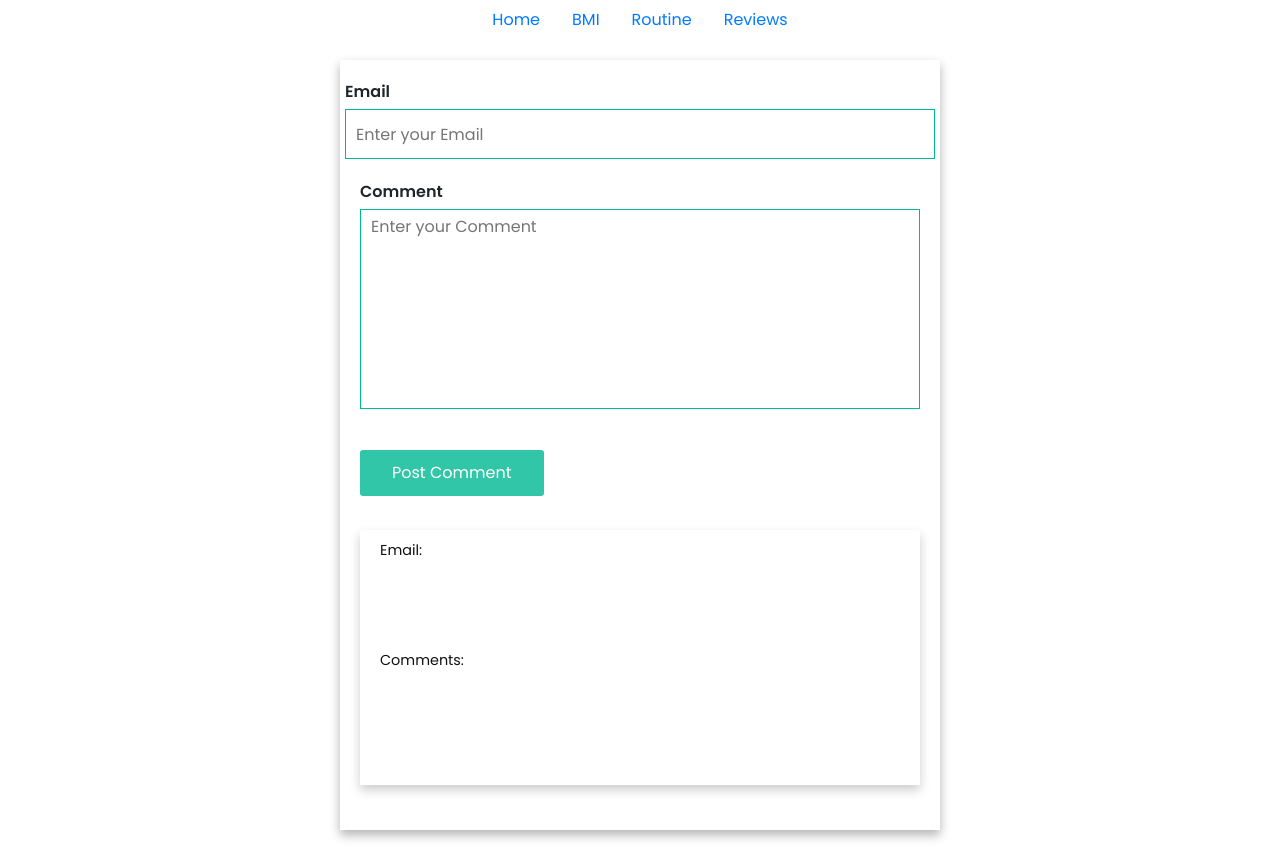
Repository: LaukeyMwaura/Fittylife-php
Page: html/review.html
These files come from the project's save history. The page is drawn as it stood at one moment and after a run of saves; the edit follows.
The browser window is 1280 px wide. The pictures show the whole page.

Above is the page before, as saved 2022-03-10 09:37:16.

After the next 2 saves:
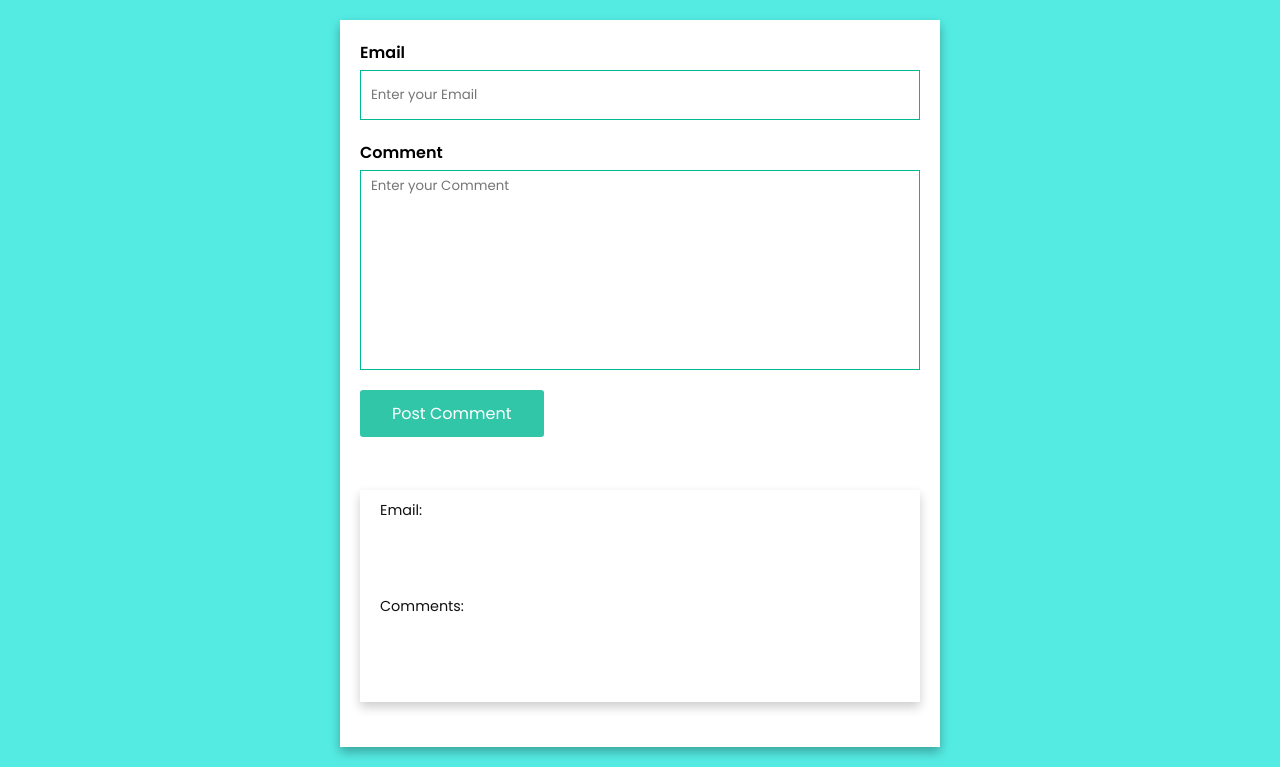
The 2 saves are shown as one change because they came seconds apart.
The last was saved 82 s later.
--- a/html/review.html
+++ b/html/review.html
@@ -8,23 +8,9 @@
 
 	<link rel="stylesheet" type="text/css" href="../css/review.css">
 	<title>User Reviews</title>
-	<link href="https://cdnjs.cloudflare.com/ajax/libs/twitter-bootstrap/4.4.1/css/bootstrap.min.css" rel="stylesheet">
+
 </head>
 <body>
-	 <ul class="nav justify-content-center">
-        <li class="nav-item">
-            <a class="nav-link active" href="./index.html">Home</a>
-        </li>
-        <li class="nav-item">
-            <a class="nav-link" href="./bmi.html">BMI</a>
-        </li>
-        <li class="nav-item">
-            <a class="nav-link" href="./routine.html">Routine</a>
-        </li>
-        <li class="nav-item">
-            <a class="nav-link" href="./review.html">Reviews</a>
-        </li>
-    </ul>
 	<div class="wrapper">
 
 		<form action="" method="POST" class="form">
